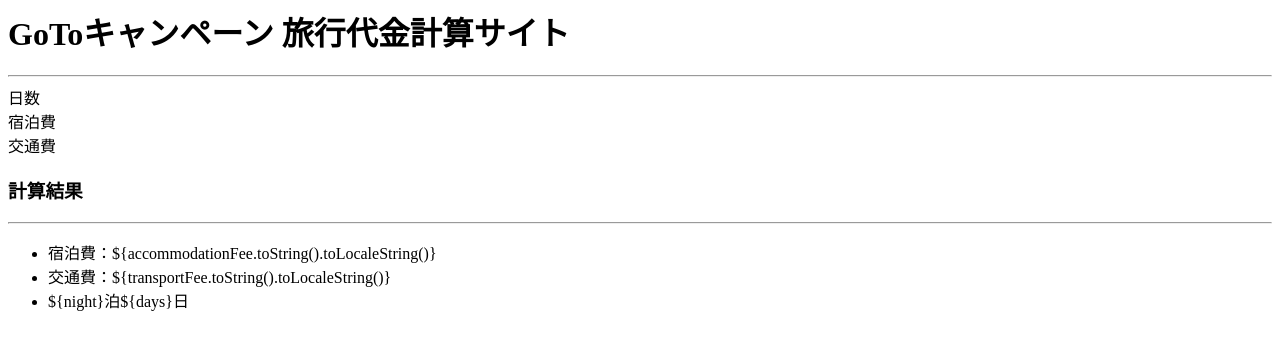
Repository: Ischca/ischca.github.io
Page: src/my-app.html
The author's editor kept a copy of each file at every save. The page is drawn from the files as they stood at one save, then again after the next save.
The browser window is 1280 px wide. The pictures show the whole page.

Above is the page before, as saved 2020-10-02 15:14:20.

### src/my-app.html
<div class="container">

    <div class="row">
        <h1 class="text-center">GoToキャンペーン 旅行代金計算サイト</h1>
    </div>

    <hr />

    <div class="row justify-content-center">
        <label for="staticEmail" class="col-sm-auto col-form-label">日数</label>
        <div class="col-sm-2">
            <num-selector num.bind="night" suffix.bind="'泊'"></num-selector>
        </div>

        <div class="col-sm-2">
            <num-selector num.bind="days" suffix.bind="'日'"></num-selector>
        </div>
    </div>

    <div class="row justify-content-center">
        <label for="staticEmail" class="col-sm-auto col-form-label">宿泊費</label>
        <div class="col-sm-2">
            <num-selector num.bind="accommodationFee" suffix.bind="'泊'"></num-selector>
        </div>
    </div>

    <div class="row justify-content-center">
        <label for="staticEmail" class="col-sm-auto col-form-label">交通費</label>
        <div class="col-sm-2">
            <num-selector num.bind="transportFee" suffix.bind="'泊'"></num-selector>
        </div>
    </div>

    <h3 class="text-center mt-3">計算結果</h3>
    <hr/>

    <div id="result" class="text-center">
        <ul class="list-group list-group-flush">
            <li class="list-group-item">
                宿泊費：${accommodationFee.toString().toLocaleString()}
            </li>
            <li class="list-group-item">
                交通費：${transportFee.toString().toLocaleString()}
            </li>
            <li class="list-group-item">
                ${night}泊${days}日
            </li>
        </ul>
    </div>
</div>

After the next save:
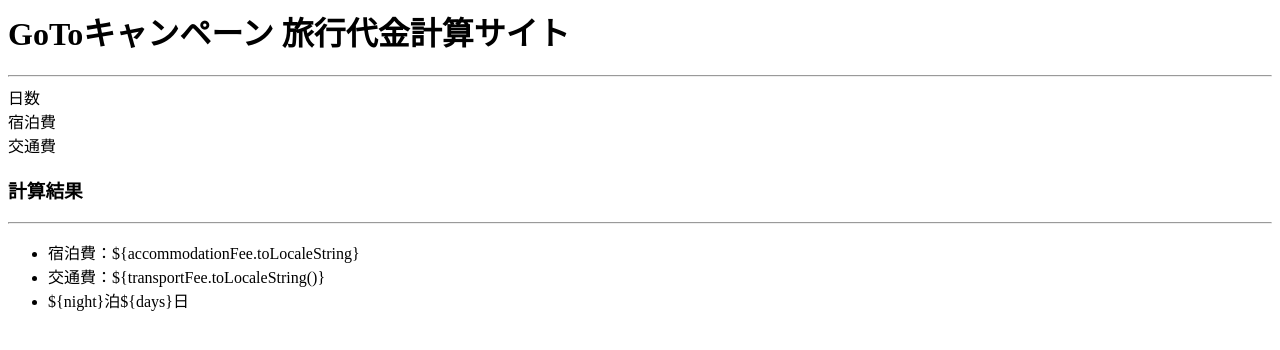
Saved 23 s later.
--- a/src/my-app.html
+++ b/src/my-app.html
@@ -37,10 +37,10 @@
     <div id="result" class="text-center">
         <ul class="list-group list-group-flush">
             <li class="list-group-item">
-                宿泊費：${accommodationFee.toString().toLocaleString()}
+                宿泊費：${accommodationFee.toLocaleString}
             </li>
             <li class="list-group-item">
-                交通費：${transportFee.toString().toLocaleString()}
+                交通費：${transportFee.toLocaleString()}
             </li>
             <li class="list-group-item">
                 ${night}泊${days}日
